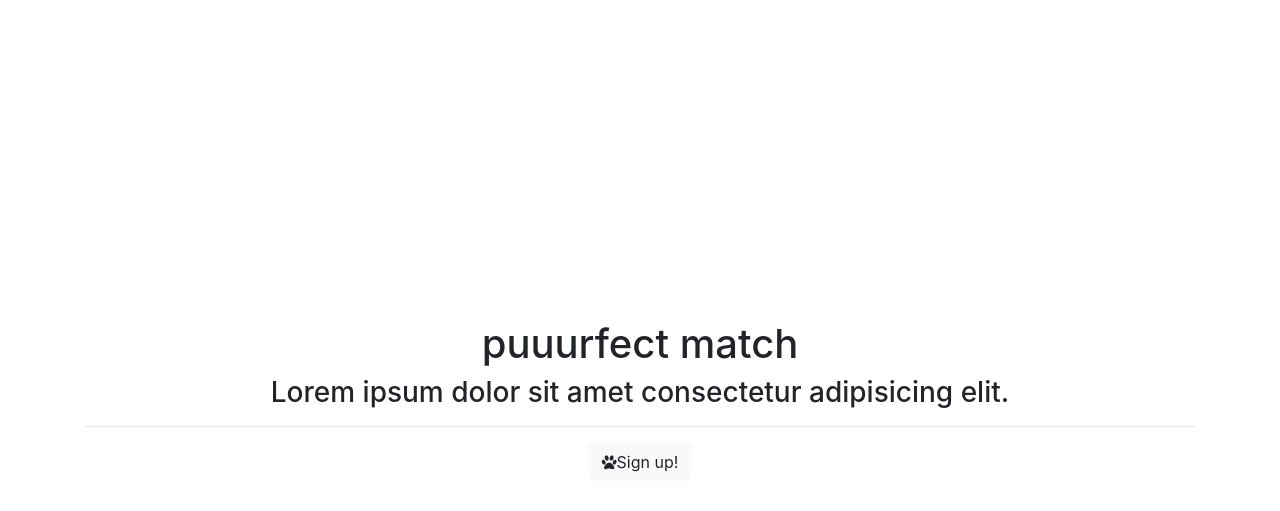
Repository: Mietlicha/exercise2
Page: index.html
An editor plug-in stored every save of this project. The page is shown before and after the next save, followed by the edit.
The browser window is 1280 px wide. The pictures show the whole page.

Above is the page before, as saved 2019-10-23 00:57:01.

After the next save:
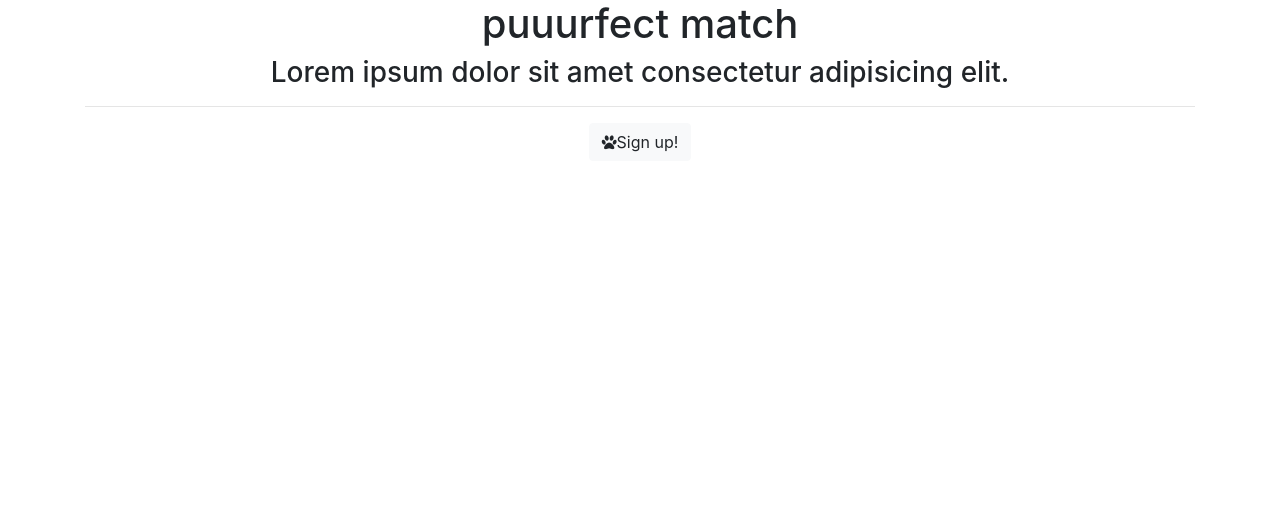
Saved 20 s later.
--- a/style.css
+++ b/style.css
@@ -1,4 +1,4 @@
 .container{
     text-align: center;
-    padding-top: 25%;
+    padding-top: 290;
 }
